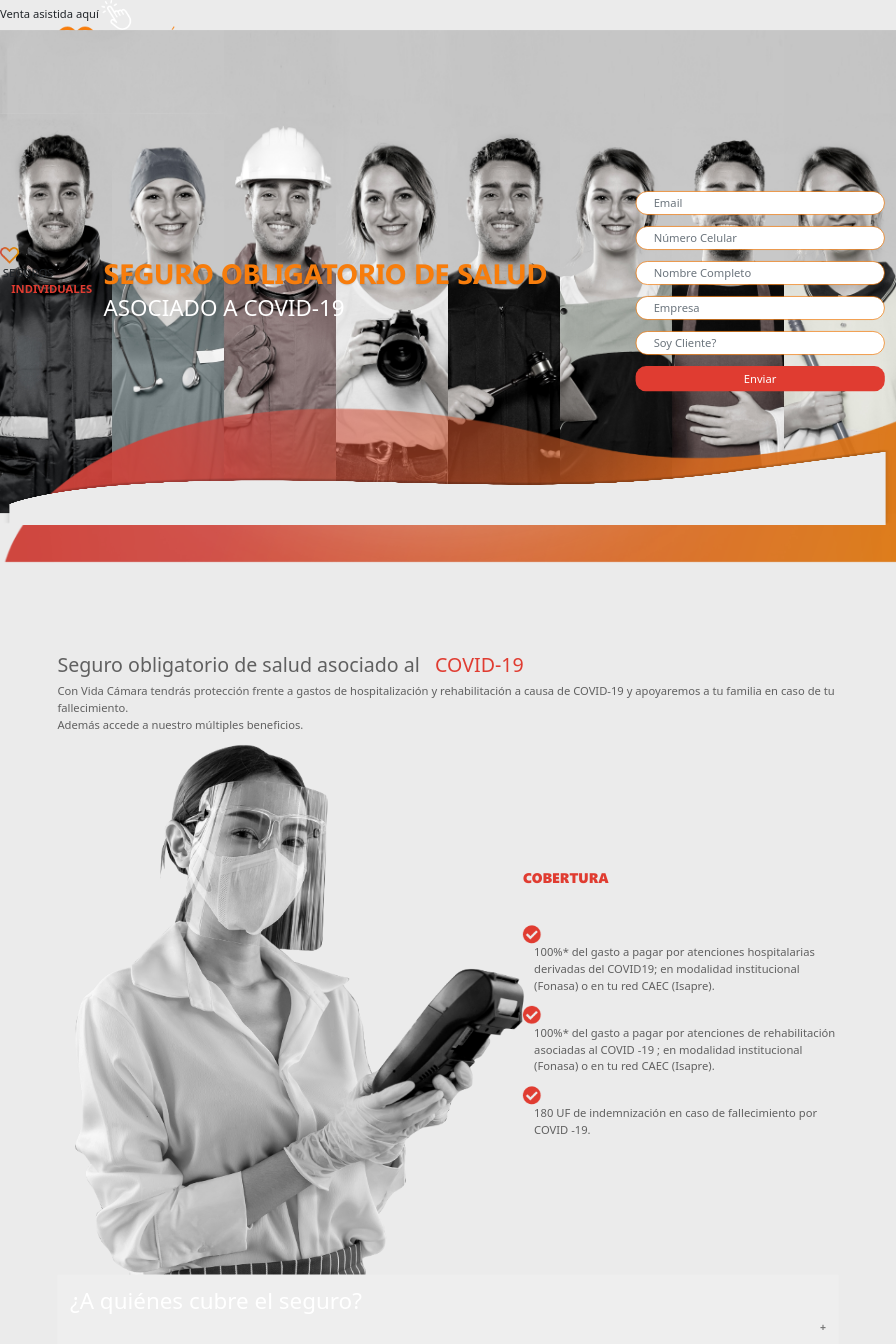
Repository: Darigo30/vidacamara
Page: index.html
These files come from the project's save history. The page is drawn as it stood at one moment and after the next save; the edit follows.
The browser window is 1280 px wide. The pictures show the part of the page from y = 0 to 1920 px (the page is 4271 px tall), at 70% of full size.
Some web fonts or font styles are not loaded; a fallback is used. Some web libraries are served in a nearby version.

Above is the page before, as saved 2021-07-30 07:39:28.

After the next save:
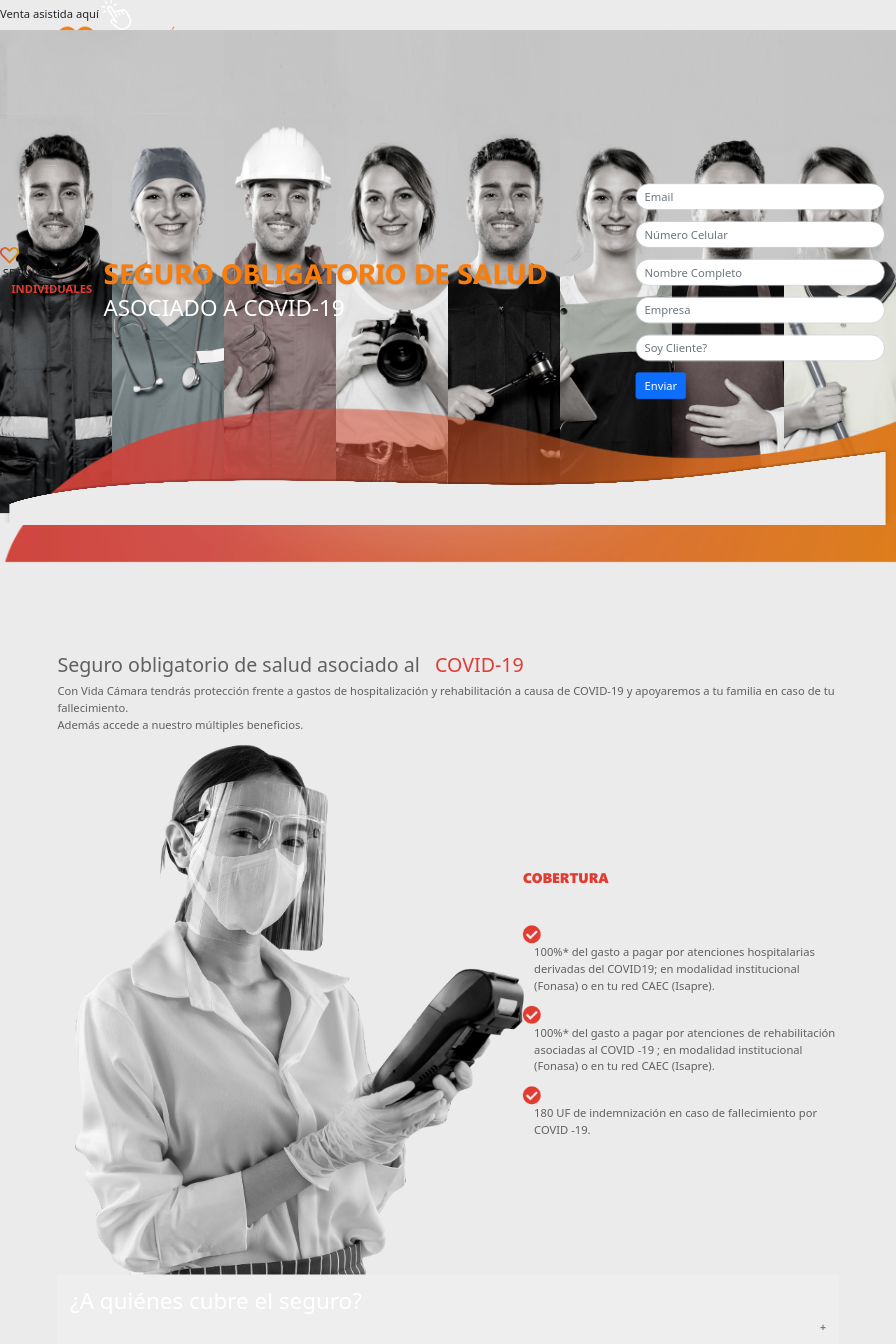
Saved 55 s later.
--- a/index.html
+++ b/index.html
@@ -84,7 +84,7 @@
             <div class="mb-3">
                 <input
                 type="email"
-                class="form-control rounded-pill br-f"
+                class="form-control rounded-pill bg-header__br-f"
                 id="exampleFormControlInput1"
                 placeholder="Email"
                 />
@@ -92,7 +92,7 @@
             <div class="mb-3">
                 <input
                 type="email"
-                class="form-control rounded-pill br-f"
+                class="form-control rounded-pill bg-header__br-f"
                 id="exampleFormControlInput1"
                 placeholder="Número Celular"
                 />
@@ -100,7 +100,7 @@
             <div class="mb-3">
                 <input
                 type="email"
-                class="form-control rounded-pill br-f"
+                class="form-control rounded-pill bg-header__br-f"
                 id="exampleFormControlInput1"
                 placeholder="Nombre Completo"
                 />
@@ -108,7 +108,7 @@
             <div class="mb-3">
                 <input
                 type="email"
-                class="form-control rounded-pill br-f"
+                class="form-control rounded-pill bg-header__br-f"
                 id="exampleFormControlInput1"
                 placeholder="Empresa"
                 />
@@ -116,12 +116,12 @@
             <div class="mb-3">
                 <input
                 type="email"
-                class="form-control rounded-pill br-f"
+                class="form-control rounded-pill bg-header__br-f"
                 id="exampleFormControlInput1"
                 placeholder="Soy Cliente?"
                 />
             </div>
-            <button class="btn btn-primary btn-grande">Enviar</button>
+            <button class="btn btn-primary bg-header__btn-grande">Enviar</button>
             </div>
         </div>
         </div>
